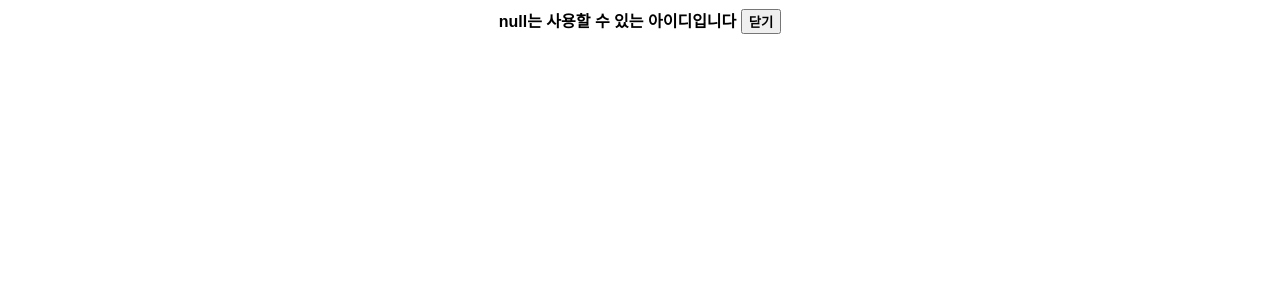
Repository: juhyun110701/DORANDORAN
Page: http://localhost/dorandoran/idDupChk.jsp
These files come from the project's save history. The page is drawn as it stood at one moment and after the next save; the edit follows.
The browser window is 1280 px wide. The pictures show the whole page.
Some web fonts or font styles are not loaded; a fallback is used. The page is served by Tomcat 9. Queries for data that is not in the repository find no rows.

Above is the page before, as saved 2019-08-12 12:04:02.

After the next save:
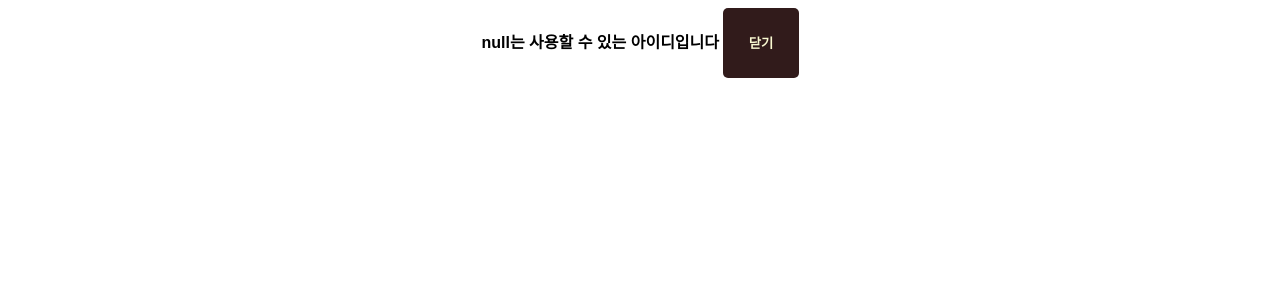
Saved 8 s later.
--- a/dorandoran/WebContent/idDupChk.jsp
+++ b/dorandoran/WebContent/idDupChk.jsp
@@ -55,7 +55,7 @@
 <%	  		}//if
 	    	else{
 	  			out.println(formid+"는 사용할 수 있는 아이디입니다");%>
-	  			<input type="button" value="닫기" onclick="setid()">
+	  			<input type="button" class="btn2" value="닫기" onclick="setid()">
 <%	    	}
 	    }//try
 	    catch(SQLException e){
